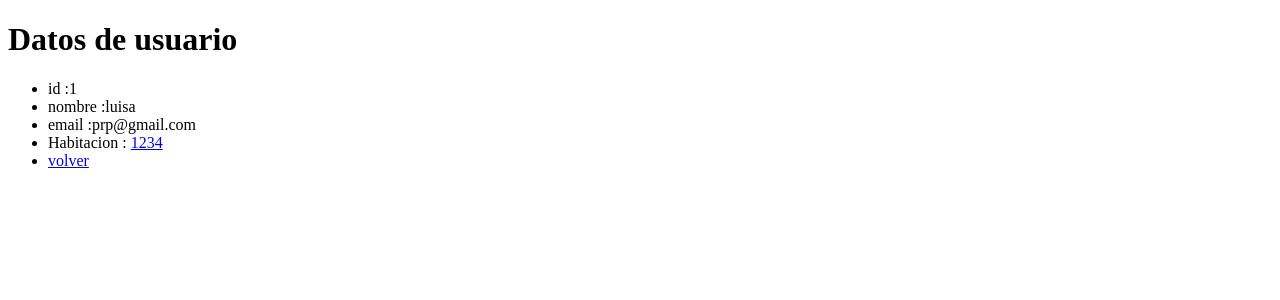
Repository: borjasegui/javaWeb
Page: http://localhost/HelloMVC/Usuario?id=1
The author's editor kept a copy of each file at every save. The page is drawn from the files as they stood at one save, then again after the next save.
The browser window is 1280 px wide. The pictures show the whole page.
The page is served by Tomcat 9.

Above is the page before, as saved 2018-11-14 13:47:44.

After the next save:
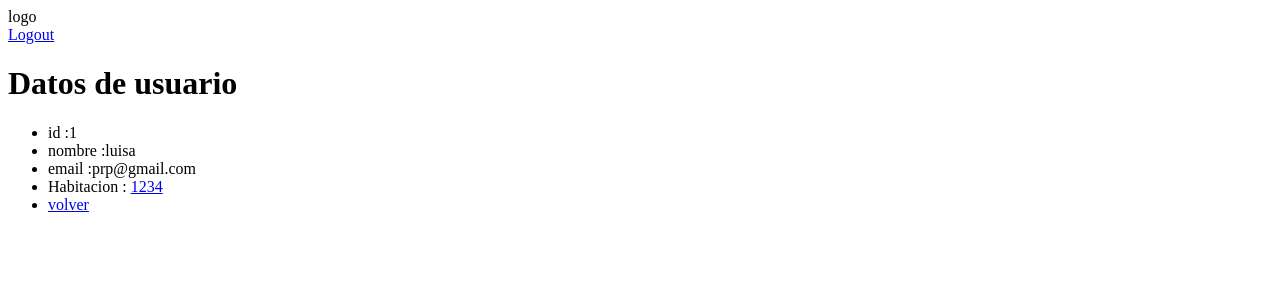
Saved 87 s later.
--- a/java-web/HelloMVC/WebContent/usuario.jsp
+++ b/java-web/HelloMVC/WebContent/usuario.jsp
@@ -10,6 +10,8 @@
 </head>
 <body>
 
+<jsp:include page="./cabezera.jsp"></jsp:include>
+
 	<h1>Datos de usuario</h1>
 	<ul>
 		<li>id :${elusuario.id}</li>
